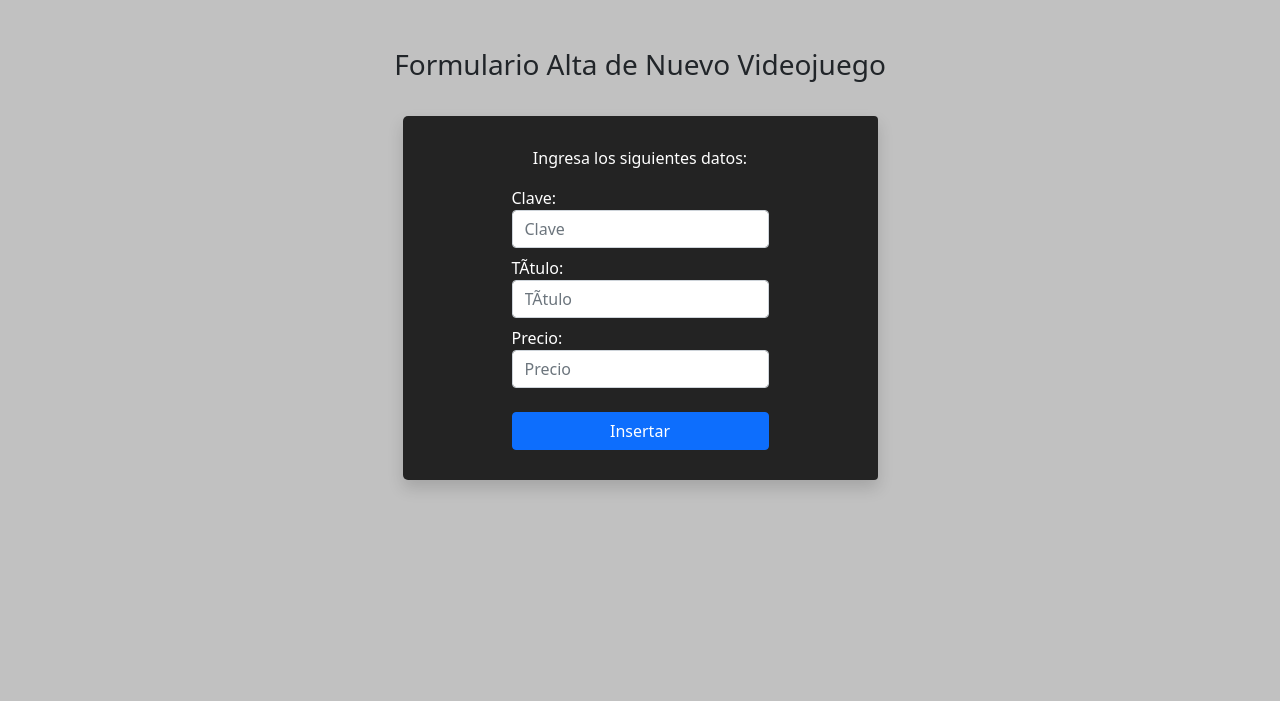
Repository: Jatziri16/JavaEE
Page: http://localhost/TiendaVideojuegos/FormularioInsertarVideojuego.jsp
The author's editor kept a copy of each file at every save. The page is drawn from the files as they stood at one save, then again after the next save.
The browser window is 1280 px wide. The pictures show the whole page.
The page is served by Tomcat 9.

Above is the page before, as saved 2023-12-06 03:48:19.

After the next save:
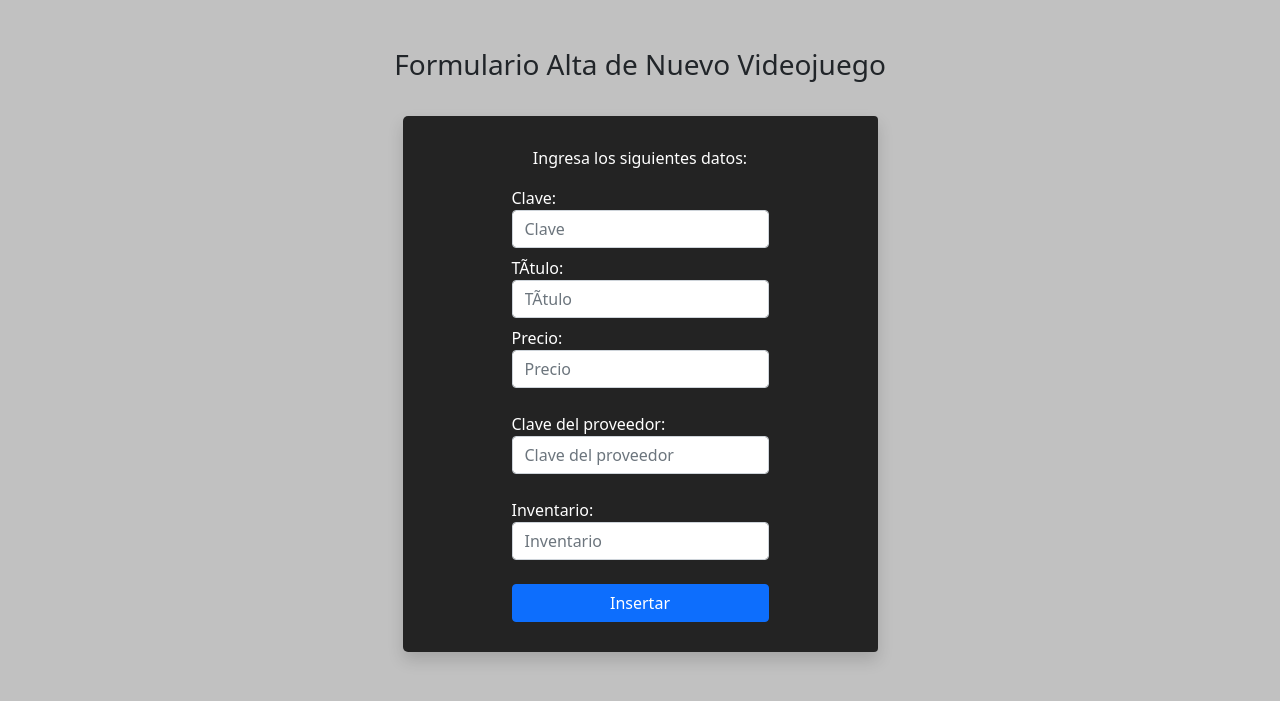
Saved 13 h 20 min later.
--- a/TiendaVideojuegos/src/main/webapp/FormularioInsertarVideojuego.jsp
+++ b/TiendaVideojuegos/src/main/webapp/FormularioInsertarVideojuego.jsp
@@ -27,6 +27,12 @@
 								<label for="precio">Precio:</label>
 								<input class="form-control mb-4" type="text" placeholder="Precio" name="precio" id="precio">
 
+								<label for="cveprov">Clave del proveedor:</label>
+								<input class="form-control mb-4" type="text" placeholder="Clave del proveedor" name="cveprov" id="cveprov">
+
+								<label for="inventario">Inventario:</label>
+								<input class="form-control mb-4" type="text" placeholder="Inventario" name="inventario" id="inventario">
+
 								<button class="btn btn-primary w-100" onclick="validarForms()" type="button">Insertar</button>
 							</form>
 						</div>
